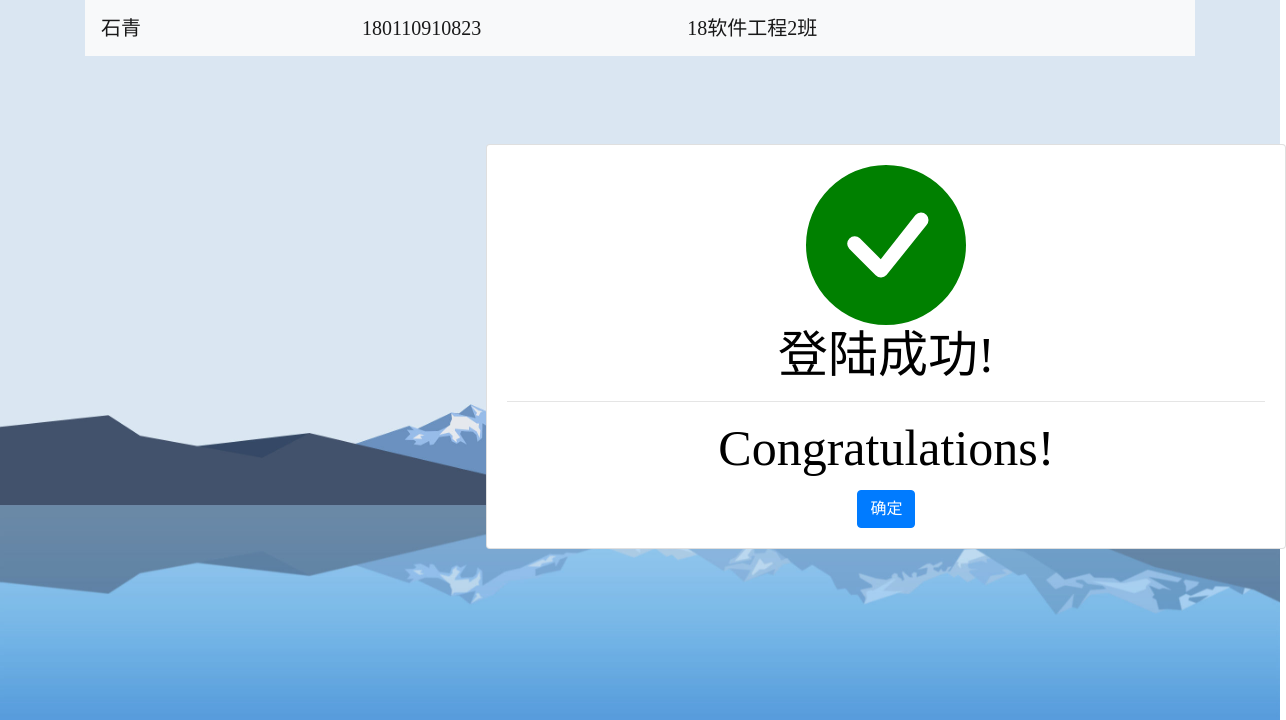
Repository: sqsssq/JavaWeb
Page: class1/IDEA/web/successful.html
These files come from the project's save history. The page is drawn as it stood at one moment and after the next save; the edit follows.
The browser window is 1280 px wide. The page is 1286 px wide, so the pictures cover 1286 px, including what lies to the right of the window. The pictures show the whole page.

Above is the page before, as saved 2020-09-25 00:47:05.

### class1/IDEA/web/successful.html
<!--
 * @Author: your name
 * @Date: 2020-09-23 10:46:47
 * @LastEditTime: 2020-09-25 00:47:05
 * @LastEditors: Please set LastEditors
 * @Description: In User Settings Edit
 * @FilePath: \IDEA\web\successful.html
-->
<!DOCTYPE html>
<html lang="en">

<head>
    <meta charset="UTF-8">
    <meta name="viewport" content="width=device-width, initial-scale=1, shrink-to-fit=no">
    <link rel="stylesheet" href="https://cdn.jsdelivr.net/npm/bootstrap@4.5.0/dist/css/bootstrap.min.css"
        integrity="sha384-9aIt2nRpC12Uk9gS9baDl411NQApFmC26EwAOH8WgZl5MYYxFfc+NcPb1dKGj7Sk" crossorigin="anonymous">
    <script src="https://cdn.jsdelivr.net/npm/jquery@3.5.1/dist/jquery.slim.min.js"
        integrity="sha384-DfXdz2htPH0lsSSs5nCTpuj/zy4C+OGpamoFVy38MVBnE+IbbVYUew+OrCXaRkfj" crossorigin="anonymous">
    </script>
    <script src="https://cdn.jsdelivr.net/npm/popper.js@1.16.0/dist/umd/popper.min.js"
        integrity="sha384-Q6E9RHvbIyZFJoft+2mJbHaEWldlvI9IOYy5n3zV9zzTtmI3UksdQRVvoxMfooAo" crossorigin="anonymous">
    </script>
    <script src="https://cdn.jsdelivr.net/npm/bootstrap@4.5.0/dist/js/bootstrap.min.js"
        integrity="sha384-OgVRvuATP1z7JjHLkuOU7Xw704+h835Lr+6QL9UvYjZE3Ipu6Tp75j7Bh/kR0JKI" crossorigin="anonymous">
    </script>

    <title>Title</title>
    <style>
        html {
            height: 100%;
        }

        body {
            height: 100%;
            background-image: url("./img/bcg2.jpg");
            background-repeat: no-repeat;
            background-size: 100% 100%;
            background-position: center center;
        }
    </style>
</head>

<body>
    <div class="container" style="font-family: 华文行楷;">
        <nav class="navbar navbar-expand-lg navbar-light bg-light">
            <a class="navbar-brand" href="#">石青
                &nbsp;&nbsp;&nbsp;&nbsp;&nbsp;&nbsp;&nbsp;&nbsp;&nbsp;&nbsp;&nbsp;&nbsp;&nbsp;&nbsp;&nbsp;&nbsp;&nbsp;&nbsp;&nbsp;&nbsp;&nbsp;&nbsp;&nbsp;&nbsp;&nbsp;&nbsp;&nbsp;&nbsp;&nbsp;&nbsp;&nbsp;&nbsp;&nbsp;&nbsp;&nbsp;&nbsp;&nbsp;&nbsp;&nbsp;&nbsp;</a>
            <a class="navbar-brand"
                href="#">180110910823&nbsp;&nbsp;&nbsp;&nbsp;&nbsp;&nbsp;&nbsp;&nbsp;&nbsp;&nbsp;&nbsp;&nbsp;&nbsp;&nbsp;&nbsp;&nbsp;&nbsp;&nbsp;&nbsp;&nbsp;&nbsp;&nbsp;&nbsp;&nbsp;&nbsp;&nbsp;&nbsp;&nbsp;&nbsp;&nbsp;&nbsp;&nbsp;&nbsp;&nbsp;&nbsp;&nbsp;&nbsp;&nbsp;</a>
            <a class="navbar-brand" href="#">18软件工程2班</a>

        </nav>
        <form method="post" action="loginAction.jsp">

            <!--    <form>-->
            <div class="card"
                style="width: 50rem; position:absolute; left: 38%; float: left; top: 20%; background-color: white;">
                <div class="card-body" style="text-align: center;">

                    <!-- <img src="..." class="card-img-top" alt="..."> -->
                    <svg width="10em" height="10em" viewBox="0 0 16 16" class="bi bi-check-circle-fill"
                        fill="green" xmlns="http://www.w3.org/2000/svg">
                        <path fill-rule="evenodd"
                            d="M16 8A8 8 0 1 1 0 8a8 8 0 0 1 16 0zm-3.97-3.03a.75.75 0 0 0-1.08.022L7.477 9.417 5.384 7.323a.75.75 0 0 0-1.06 1.06L6.97 11.03a.75.75 0 0 0 1.079-.02l3.992-4.99a.75.75 0 0 0-.01-1.05z" />
                    </svg>
                    <h3 class="card-title" style="color: black; font-size: 50px;">登陆成功!</h3>
                    <hr>
                    <h3 class="card-title" style="color: black; font-size: 50px;">Congratulations!</h3>
                    <input class="btn btn-primary" value="确定" id="btn1" type="submit">
                    <!--            <input  class="btn btn-success" value="注册" id="btn2" type="submit">-->
                    <!--            <button class="btn btn-block" id="btn">登陆</button>-->
                </div>
            </div>
        </form>
    </div>
</body>

</html>

After the next save:
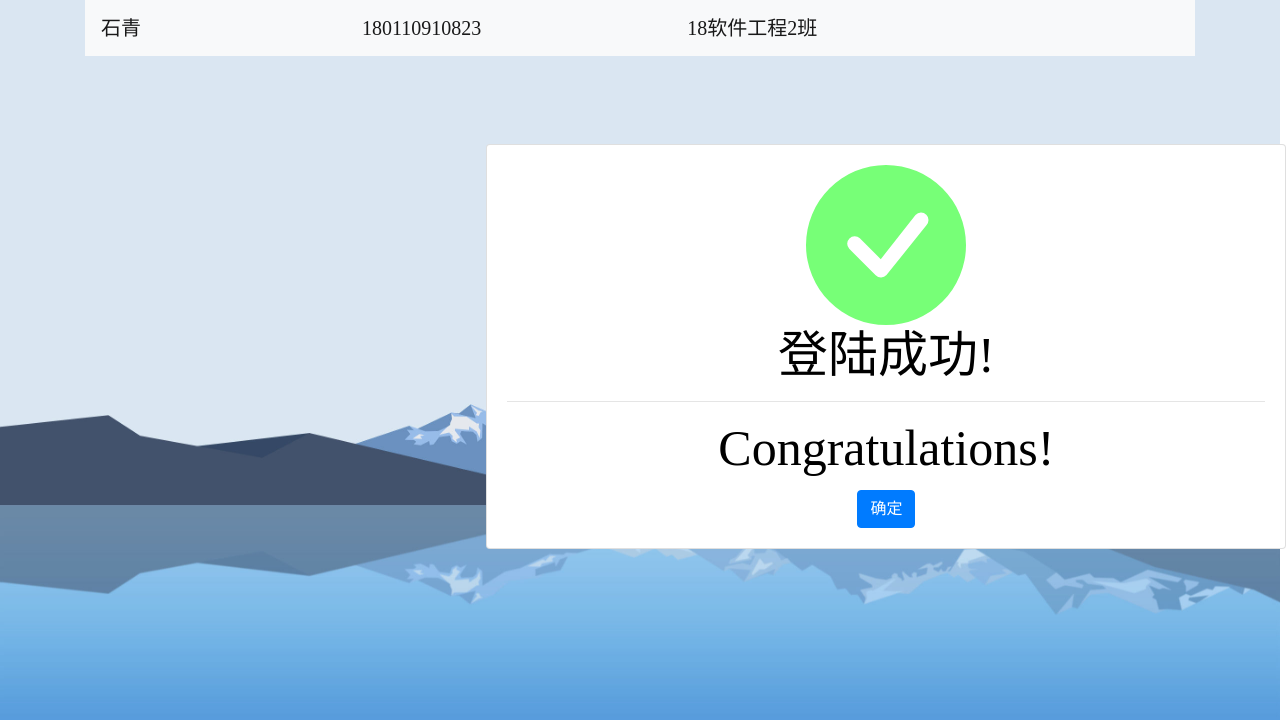
Saved 24 s later.
--- a/class1/IDEA/web/successful.html
+++ b/class1/IDEA/web/successful.html
@@ -1,7 +1,7 @@
 <!--
  * @Author: your name
  * @Date: 2020-09-23 10:46:47
- * @LastEditTime: 2020-09-25 00:47:05
+ * @LastEditTime: 2020-09-25 00:47:29
  * @LastEditors: Please set LastEditors
  * @Description: In User Settings Edit
  * @FilePath: \IDEA\web\successful.html
@@ -59,7 +59,7 @@
 
                     <!-- <img src="..." class="card-img-top" alt="..."> -->
                     <svg width="10em" height="10em" viewBox="0 0 16 16" class="bi bi-check-circle-fill"
-                        fill="green" xmlns="http://www.w3.org/2000/svg">
+                        fill="#7f7f" xmlns="http://www.w3.org/2000/svg">
                         <path fill-rule="evenodd"
                             d="M16 8A8 8 0 1 1 0 8a8 8 0 0 1 16 0zm-3.97-3.03a.75.75 0 0 0-1.08.022L7.477 9.417 5.384 7.323a.75.75 0 0 0-1.06 1.06L6.97 11.03a.75.75 0 0 0 1.079-.02l3.992-4.99a.75.75 0 0 0-.01-1.05z" />
                     </svg>
